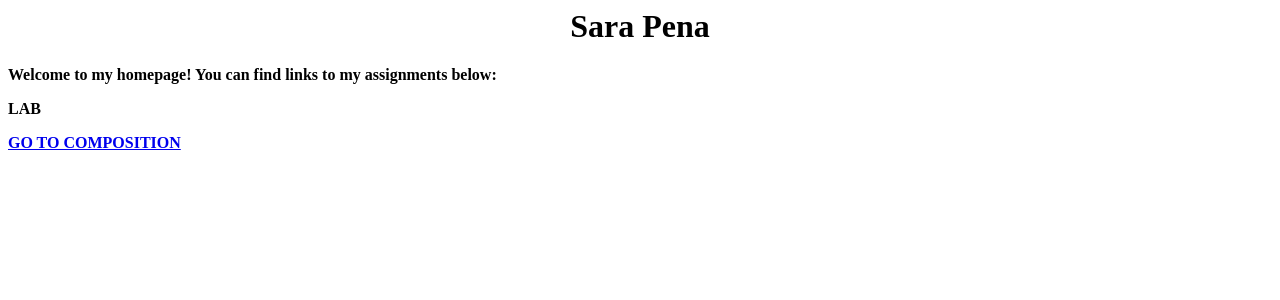
Repository: penas326/penas326.github.io
Page: index.html
The author's editor kept a record of every edit. The page is drawn from the files as they stood at one moment, then again after the next edit.
The browser window is 1280 px wide. The pictures show the whole page.

Above is the page before.

After the next edit:
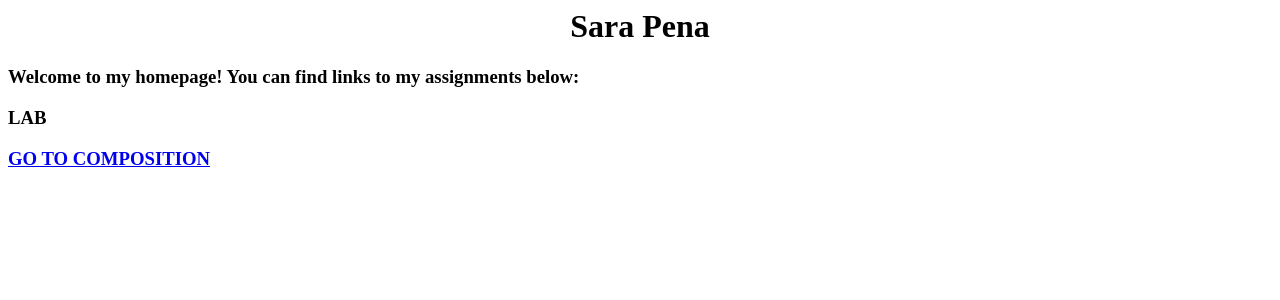
The edit:
--- a/index.html
+++ b/index.html
@@ -5,7 +5,7 @@
     </head>
            <h><strong><h1 align="center"><font face="Futura">Sara Pena</h1>
     <body>
-        <p><strong><h4><font face="Futura">Welcome to my homepage! You can find links to my assignments below:</p>
+        <p><strong><h3><font face="Futura">Welcome to my homepage! You can find links to my assignments below:</p>
     </body>
         <p>LAB</p>
         <a href="composition/index.html">GO TO COMPOSITION</a>
